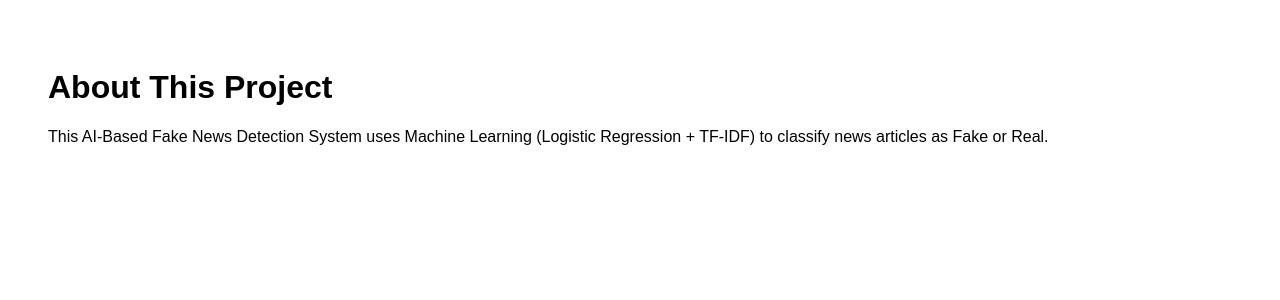
Repository: asadpathan2002-bot/Sprint1
Page: backend/templates/about.html
An editor plug-in stored every save of this project. The page is shown before and after the next save, followed by the edit.
The browser window is 1280 px wide. The pictures show the whole page.

Above is the page before, as saved 2026-03-03 15:36:52.

After the next save:
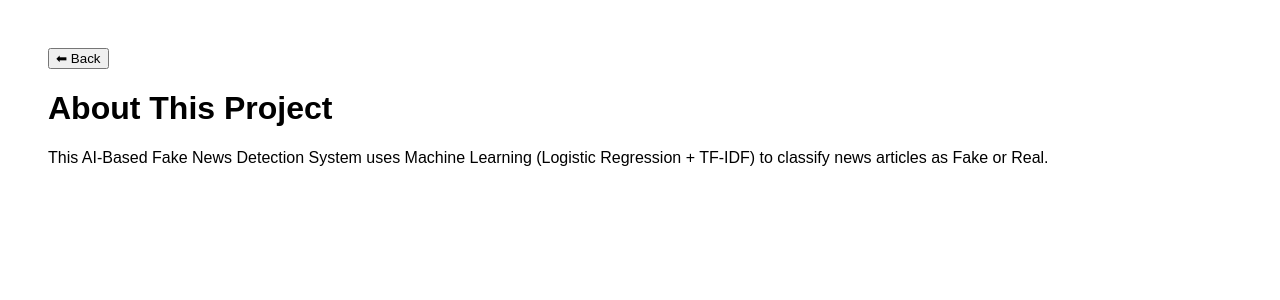
Saved 88 s later.
--- a/backend/templates/about.html
+++ b/backend/templates/about.html
@@ -4,6 +4,10 @@
     <title>About</title>
 </head>
 <body style="font-family: Arial; padding: 40px;">
+
+     <a href="/">
+    <button>⬅ Back</button>
+</a>
 
 <h1>About This Project</h1>
 
